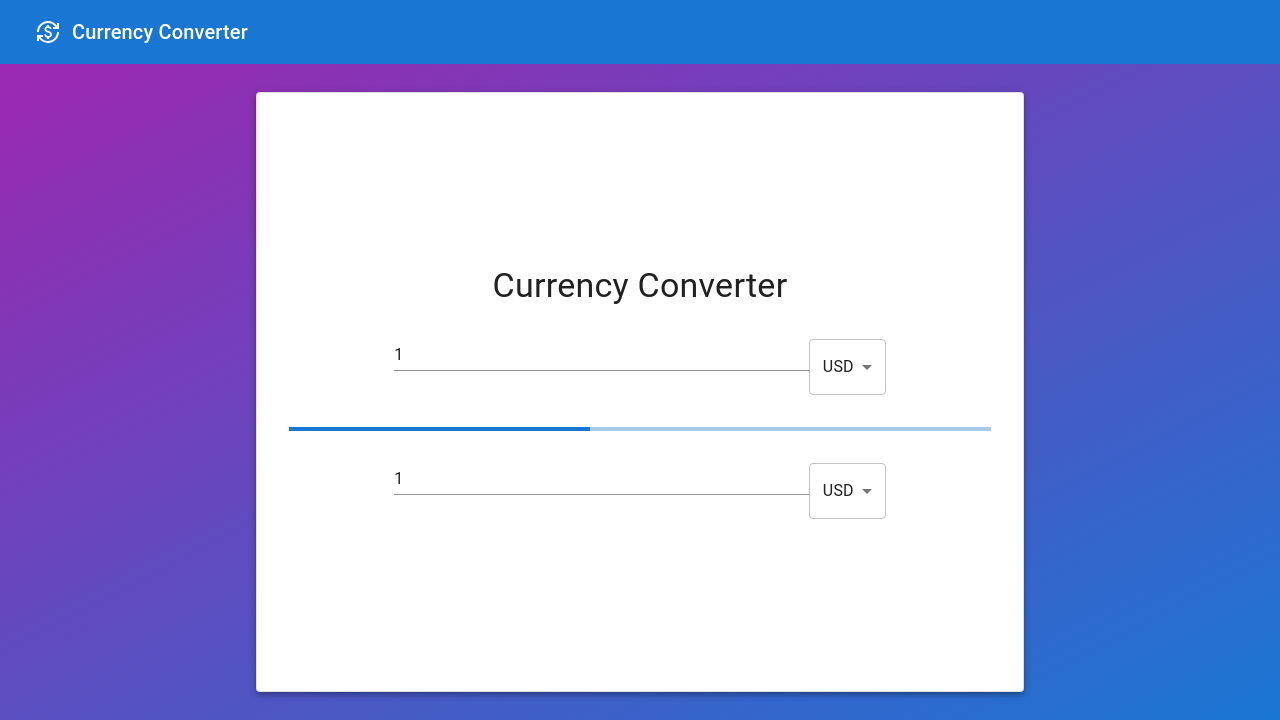
Repository: rutsguifd/currency-converter
Page: /
An editor plug-in stored every save of this project. The page is shown before and after a run of saves, followed by the edit.
The browser window is 1280 px wide. The pictures show the whole page.
The project was rebuilt for these pictures with package versions that can differ from the ones it lists, and the page was loaded fresh each time.

Above is the page before, as saved 2023-03-28 17:38:31.

### src/index.js
import { CssBaseline } from "@mui/material";
import React from "react";
import ReactDOM from "react-dom/client";
import { Provider } from "react-redux";
import { BrowserRouter } from "react-router-dom";
import App from "./App";
import { setupStore } from "./store";

const store = setupStore();

const root = ReactDOM.createRoot(document.getElementById("root"));
root.render(
  <Provider store={store}>
    <BrowserRouter>
      <CssBaseline>
        <App />
      </CssBaseline>
    </BrowserRouter>
  </Provider>
);

### src/App.js
import AppRouter from "./router/AppRouter";

function App() {
  return (
    <>
      <AppRouter />
    </>
  );
}

export default App;

### src/store/index.js
import { combineReducers, configureStore } from "@reduxjs/toolkit";
import { ConverterAPI } from "./ConverterService";

const rootReducer = combineReducers({
  [ConverterAPI.reducerPath]: ConverterAPI.reducer,
});

export const setupStore = () => {
  return configureStore({
    reducer: rootReducer,
    middleware: (getDefaultMiddleware) =>
      getDefaultMiddleware().concat(ConverterAPI.middleware),
  });
};

### src/router/AppRouter.jsx
import React from "react";
import { Route, Routes } from "react-router-dom";
import HomePage from "../pages/HomePage";

const AppRouter = () => {
  return (
    <Routes>
      <Route path="/" element={<HomePage />} />
    </Routes>
  );
};

export default AppRouter;

### src/store/ConverterService.js
import { createApi, fetchBaseQuery } from "@reduxjs/toolkit/dist/query/react";

const BASE_URL = "https://api.apilayer.com/exchangerates_data/";

const BASE_QUERY = fetchBaseQuery({
  baseUrl: BASE_URL,
  prepareHeaders: (headers) => {
    headers.set("apikey", "3yTPGVUhUYyAGGgNkKb2MySzxmY4qcWi");
    return headers;
  },
});

export const ConverterAPI = createApi({
  reducerPath: "ConverterAPI",
  baseQuery: BASE_QUERY,
  tagTypes: ["ConverterAPI"],
  endpoints: (build) => ({
    getLatestCurrency: build.query({
      query: ({ symbols, base }) => `latest?symbols=${symbols}&base=${base}`,
    }),
    getConvertedCurrency: build.query({
      query: ({ to, from, amount }) =>
        `convert?to=${to}&from=${from}&amount=${amount}`,
    }),
  }),
});

### src/pages/HomePage.jsx
import React from "react";
import ConvertContainer from "../components/ConvertContainer";
import MainLayout from "../layout/MainLayout";

const HomePage = () => {
  return (
    <MainLayout>
      <ConvertContainer />
    </MainLayout>
  );
};

export default HomePage;

### src/components/ConvertContainer.jsx
import { Container, useTheme } from "@mui/material";
import React from "react";
import Convert from "./Convert";

const ConvertContainer = () => {
  const theme = useTheme();

  return (
    <Container
      maxWidth={false}
      disableGutters
      sx={{
        display: "flex",
        justifyContent: "center",
        alignItems: "center",
        minHeight: "calc(100vh - 64px)",
        background: `linear-gradient(to right bottom, ${theme.palette.secondary.main},  ${theme.palette.primary.main})`,
      }}
    >
      <Convert />
    </Container>
  );
};

export default ConvertContainer;

### src/layout/MainLayout.jsx
import React from "react";
import Header from "../components/Header";

const MainLayout = ({ children }) => {
  return (
    <>
      <Header />
      {children}
    </>
  );
};

export default MainLayout;

### src/components/Convert.jsx
import {
  Alert,
  Box,
  LinearProgress,
  MenuItem,
  Paper,
  Select,
  TextField,
  Typography,
} from "@mui/material";
import React, { useState } from "react";
import useDebounce from "../hooks/useDebounce";
import { ConverterAPI } from "../store/ConverterService";

const Convert = () => {
  const debouncedFromAmount = useDebounce(getFromAmount, 500);
  const debouncedToAmount = useDebounce(getToAmount, 500);

  const [currentFromCurrency, setCurrentFromCurrency] = useState("USD");
  const [currentToCurrency, setCurrentToCurrency] = useState("USD");

  const [fromAmount, setFromAmount] = useState(1);
  const [trigger, { isError, isLoading, error }] =
    ConverterAPI.useLazyGetConvertedCurrencyQuery();
  const [toAmount, setToAmount] = useState(1);

  async function getFromAmount(to, from, amount) {
    const res = await trigger({
      to,
      from,
      amount,
    }).unwrap();
    setToAmount(res.result);
  }

  async function getToAmount(to, from, amount) {
    const res = await trigger({
      to,
      from,
      amount,
    }).unwrap();
    setFromAmount(res.result);
  }

  const handleFromChange = (e) => {
    setFromAmount(e.target.value);
    debouncedFromAmount(currentToCurrency, currentFromCurrency, e.target.value);
  };

  const handleToChange = async (e) => {
    setToAmount(e.target.value);
    debouncedToAmount(currentFromCurrency, currentToCurrency, e.target.value);
  };

  const handleFromSelect = (e) => {
    setCurrentFromCurrency(e.target.value);
    getToAmount(e.target.value, currentToCurrency, toAmount);
  };
  const handleToSelect = (e) => {
    setCurrentToCurrency(e.target.value);
    getFromAmount(e.target.value, currentFromCurrency, fromAmount);
  };
  return (
    <Paper
      variant="outlined"
      sx={{
        p: 4,
        display: "flex",
        flexDirection: "column",
        alignItems: "center",
        justifyContent: "center",
        width: "60vw",
        minWidth: "400px",
        height: "60vh",
        minHeight: "600px",
        gap: 4,
        boxShadow: 4,
      }}
    >
      <Typography variant="h4">Currency Converter</Typography>
      {isError ? (
        <Alert severity="error">{error.data.error.message}</Alert>
      ) : null}
      <Box display="flex" flexDirection="row" width="70%">
        <TextField
          onChange={handleFromChange}
          value={fromAmount}
          variant="standard"
          sx={{ width: "100%" }}
        />
        <Select
          id="demo-simple-select"
          value={currentFromCurrency}
          onChange={handleFromSelect}
        >
          <MenuItem value="UAH">UAH</MenuItem>
          <MenuItem value="USD">USD</MenuItem>
          <MenuItem value="EUR">EUR</MenuItem>
        </Select>
      </Box>
      <Box sx={{ width: "100%" }}>
        <LinearProgress />
      </Box>
      <Box display="flex" flexDirection="row" width="70%">
        <TextField
          onChange={handleToChange}
          value={toAmount}
          variant="standard"
          sx={{ width: "100%" }}
        />
        <Select
          id="demo-simple-select"
          value={currentToCurrency}
          onChange={handleToSelect}
        >
          <MenuItem value="UAH">UAH</MenuItem>
          <MenuItem value="USD">USD</MenuItem>
          <MenuItem value="EUR">EUR</MenuItem>
        </Select>
      </Box>
    </Paper>
  );
};

export default Convert;

### src/components/Header.jsx
import {
  AppBar,
  Box,
  CircularProgress,
  IconButton,
  Toolbar,
  Typography,
} from "@mui/material";
import CurrencyExchangeIcon from "@mui/icons-material/CurrencyExchange";
import EuroSymbolIcon from "@mui/icons-material/EuroSymbol";
import AttachMoneyIcon from "@mui/icons-material/AttachMoney";
import React from "react";
import { ConverterAPI } from "../store/ConverterService";
import { useNavigate } from "react-router-dom";

const Header = () => {
  const navigate = useNavigate();

  //   const {
  //     data: USDData,
  //     error: USDError,
  //     isLoading: USDLoading,
  //   } = ConverterAPI.useGetLatestCurrencyQuery({
  //     symbols: "UAH",
  //     base: "USD",
  //   });
  //   const {
  //     data: EURData,
  //     error: EURError,
  //     isLoading: EURLoading,
  //   } = ConverterAPI.useGetLatestCurrencyQuery({
  //     symbols: "UAH",
  //     base: "EUR",
  //   });
  //   if (USDError || EURError) {
  //     return navigate("/error");
  //   }
  return (
    <Box sx={{ flexGrow: 1 }}>
      <AppBar position="static">
        <Toolbar>
          <IconButton size="large" color="inherit">
            <CurrencyExchangeIcon />
          </IconButton>
          <Typography variant="h6" component="div" sx={{ flexGrow: 1 }}>
            Currency Converter
          </Typography>
          {/* <Box margin={2} display="flex" flexDirection="row">
            <EuroSymbolIcon />
            {EURLoading ? (
              <CircularProgress />
            ) : (
              <Typography>{EURData.rates.UAH}</Typography>
            )}
          </Box>
          <Box margin={2} display="flex" flexDirection="row">
            <AttachMoneyIcon />
            {USDLoading ? (
              <CircularProgress />
            ) : (
              <Typography>{USDData.rates.UAH}</Typography>
            )}
          </Box> */}
        </Toolbar>
      </AppBar>
    </Box>
  );
};

export default Header;

### src/hooks/useDebounce.js
import { useCallback, useRef } from "react";

export default function useDebounce(callback, delay) {
  const timer = useRef();

  const debouncedCallback = useCallback(
    (...args) => {
      if (timer.current) {
        clearTimeout(timer.current);
      }
      timer.current = setTimeout(() => {
        callback(...args);
      }, delay);
    },
    [callback, delay]
  );

  return debouncedCallback;
}

Loaded but not shown: public/index.html (common file)

After the next 2 saves:
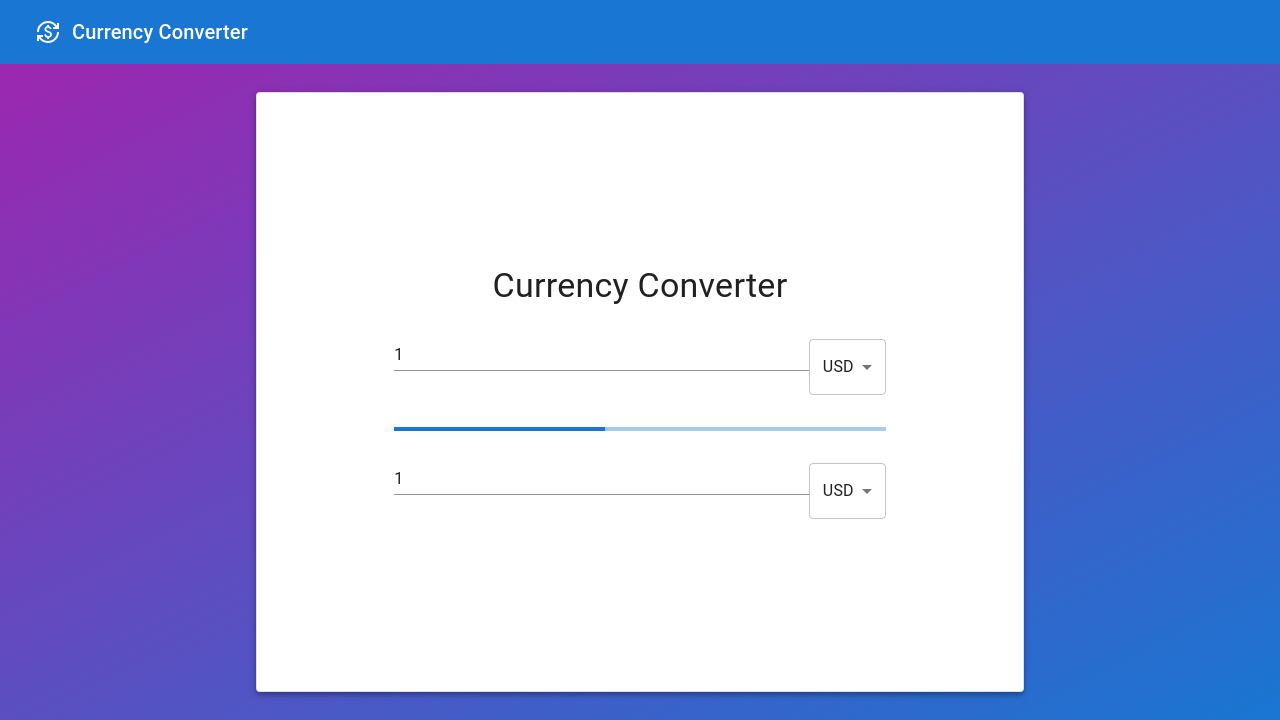
The 2 saves are shown as one change because they came seconds apart.
The last was saved 14 s later.
--- a/src/components/Convert.jsx
+++ b/src/components/Convert.jsx
@@ -98,7 +98,7 @@ const Convert = () => {
           <MenuItem value="EUR">EUR</MenuItem>
         </Select>
       </Box>
-      <Box sx={{ width: "100%" }}>
+      <Box sx={{ width: "70%" }}>
         <LinearProgress />
       </Box>
       <Box display="flex" flexDirection="row" width="70%">
